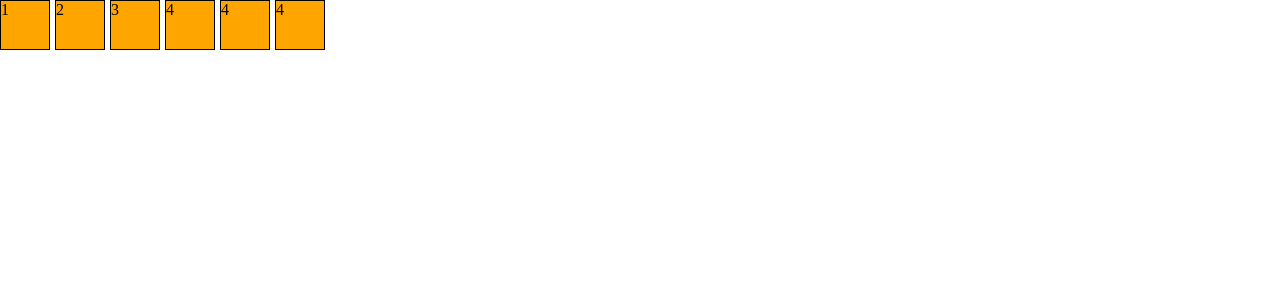
Repository: wisdomphamdev/flex-box
Page: index.html
The author's editor kept a copy of each file at every save. The page is drawn from the files as they stood at one save, then again after a run of saves.
The browser window is 1280 px wide. The pictures show the whole page.

Above is the page before, as saved 2024-06-10 21:23:39.

After the next 2 saves:
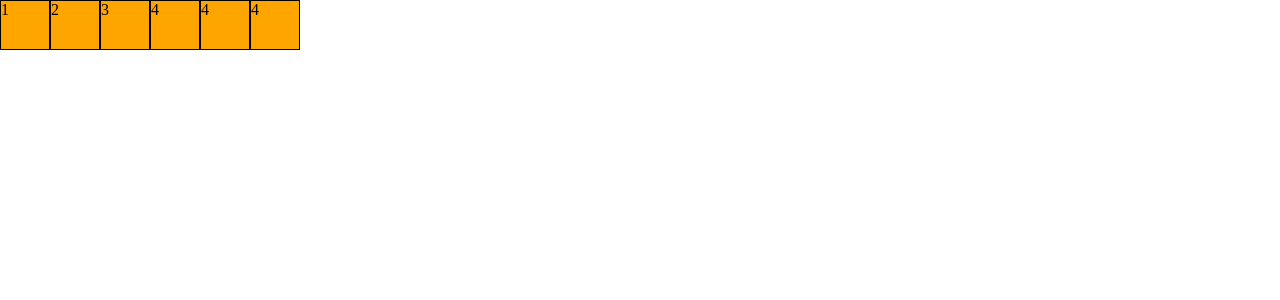
The 2 saves are shown as one change because they came seconds apart.
The last was saved 26 s later.
--- a/style.css
+++ b/style.css
@@ -30,7 +30,5 @@
   /* align-items: start; */
   /* align-items: center; */
   /* align-items: end; */
-
-
-    gap: 5px;
+  /* gap: 5px; */
 }
